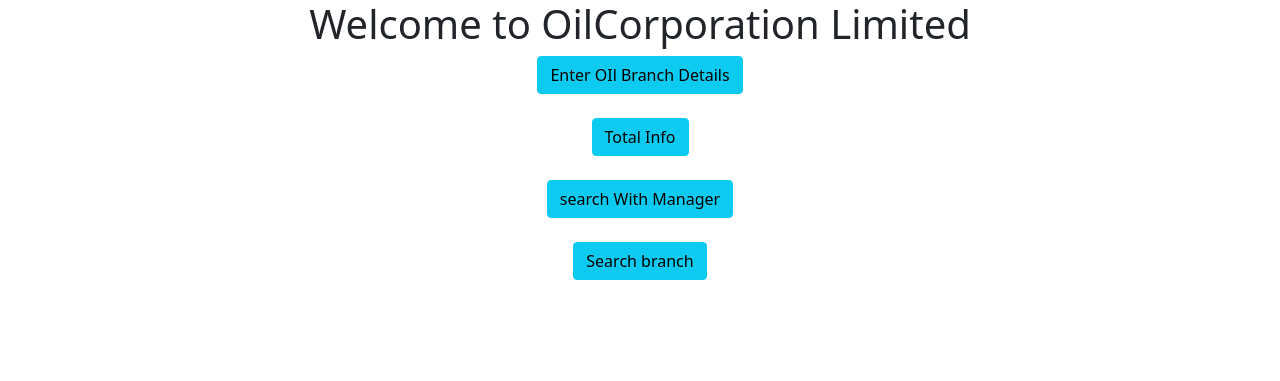
Repository: veerrajuMareddi/demo
Page: http://localhost/OilCorporation/views/index.jsp
The author's editor kept a copy of each file at every save. The page is drawn from the files as they stood at one save, then again after the next save.
The browser window is 1280 px wide. The pictures show the whole page.
The page is served by Tomcat 9.

Above is the page before, as saved 2022-05-04 04:00:45.

After the next save:
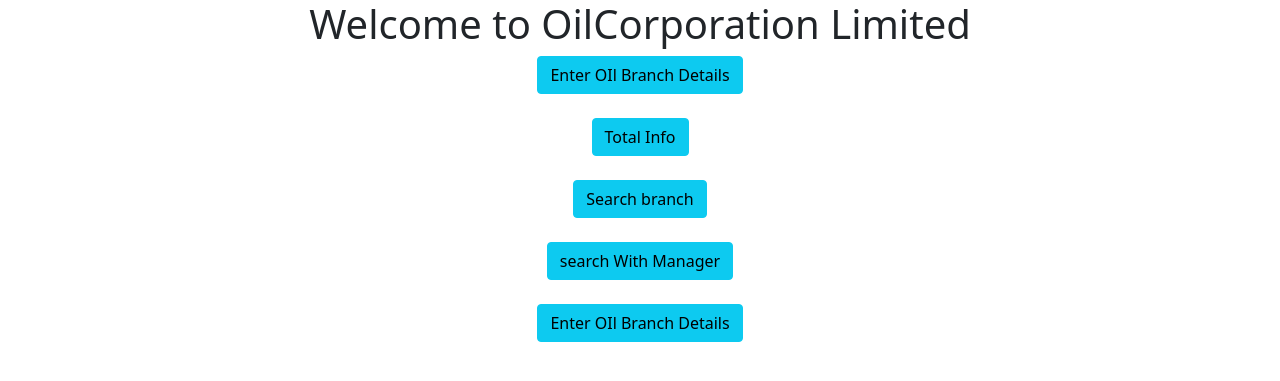
Saved 26 min 21 s later.
--- a/OilCorporation/src/main/webapp/views/index.jsp
+++ b/OilCorporation/src/main/webapp/views/index.jsp
@@ -24,10 +24,15 @@
 <a class="btn btn-info" href="/src/get">Total Info</a>
 <br>
 <br>
+<a class="btn btn-info" href="/src/parent">Search branch</a>
+<br>
+<br>
 <a class="btn btn-info" href="/src/child">search With Manager</a>
 <br>
 <br>
-<a class="btn btn-info" href="/src/parent">Search branch</a>
+<a class="btn btn-info" href="/src/callsave">Enter OIl Branch Details</a>
+
+
 </center>
 </body>
 </html>
